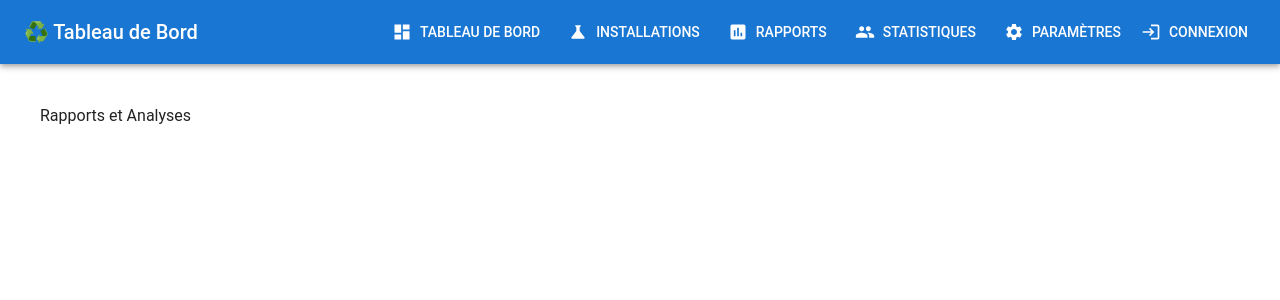
Repository: tofunori/Lithium-Dashboard-Enhanced
Page: /reports (app in frontend/)
The author's editor kept a copy of each file at every save. The page is drawn from the files as they stood at one save, then again after the next save.
The browser window is 1280 px wide. The pictures show the whole page.
The project was rebuilt for these pictures with package versions that can differ from the ones it lists, and the page was loaded fresh each time. Also part of the build but not shown: frontend/src/components/RecyclingRateChart.js, frontend/src/components/ProductionTrendsChart.js, frontend/src/components/PlantsList.js, frontend/src/components/MapView.js, frontend/src/components/Dashboard.js, frontend/src/components/Login.js.

Above is the page before, as saved 2025-03-19 15:34:33.

### frontend/public/index.html
<!DOCTYPE html>
<html lang="en">
  <head>
    <meta charset="utf-8" />
    <link rel="icon" href="%PUBLIC_URL%/favicon.ico" />
    <meta name="viewport" content="width=device-width, initial-scale=1" />
    <meta name="theme-color" content="#000000" />
    <meta
      name="description"
      content="Lithium Dashboard - Recycling Plants Management"
    />
    <link rel="apple-touch-icon" href="%PUBLIC_URL%/logo192.png" />
    <link rel="manifest" href="%PUBLIC_URL%/manifest.json" />
    <title>Lithium Dashboard</title>
  </head>
  <body>
    <noscript>You need to enable JavaScript to run this app.</noscript>
    <div id="root"></div>
  </body>
</html>

### frontend/src/App.js
import React, { useState, useEffect, createContext, useContext } from 'react';
import { BrowserRouter as Router, Routes, Route } from 'react-router-dom';
import { ThemeProvider, createTheme } from '@mui/material/styles';
import CssBaseline from '@mui/material/CssBaseline';
import { Box, Paper, Typography, Grid, FormControl, InputLabel, Select, MenuItem, Switch, FormControlLabel, Button, Divider, Snackbar, Alert } from '@mui/material';
import useTranslation from './hooks/useTranslation';

// Composants
import Dashboard from './components/Dashboard';
import NavBar from './components/NavBar';
import Login from './components/Login';

// Contexte pour les paramètres globaux
export const SettingsContext = createContext();

// Hook pour utiliser les paramètres dans tous les composants
export const useSettings = () => useContext(SettingsContext);

// Fonction pour charger les paramètres sauvegardés
const loadSavedSettings = () => {
  try {
    const savedSettings = localStorage.getItem('app_settings');
    return savedSettings ? JSON.parse(savedSettings) : null;
  } catch (error) {
    console.error('Erreur lors du chargement des paramètres:', error);
    return null;
  }
};

// Pages supplémentaires
const Research = () => <Box p={3}>Page de Recherche Collaborative</Box>;
const Reports = () => <Box p={3}>Rapports et Analyses</Box>;
const Collaborators = () => <Box p={3}>Collaborateurs Universitaires</Box>;

// Page de paramètres complète avec état
const Settings = () => {
  // Récupérer les paramètres du contexte
  const { settings, updateSettings } = useSettings();
  const { t } = useTranslation();

  // Vérifier si settings existe, sinon utiliser des valeurs par défaut
  const defaultSettings = {
    theme: 'light',
    language: 'fr',
    animations: true,
    notifications: true,
    highPerformance: false,
    mapStyle: 'standard',
    defaultZoom: '5',
    showLegend: true,
    markerClustering: true,
    zoomControls: true
  };

  // Utiliser settings s'il existe, sinon utiliser defaultSettings
  const currentSettings = settings || defaultSettings;

  // États locaux pour les formulaires
  const [localSettings, setLocalSettings] = useState(currentSettings);
  const [snackbarOpen, setSnackbarOpen] = useState(false);
  const [resetConfirmOpen, setResetConfirmOpen] = useState(false);

  // Mettre à jour localSettings quand settings change
  useEffect(() => {
    if (settings) {
      setLocalSettings(settings);
    }
  }, [settings]);

  const paperStyle = {
    borderRadius: '10px',
    boxShadow: '0 4px 12px rgba(0, 0, 0, 0.05)',
    overflow: 'hidden',
    padding: 3,
    marginBottom: 3
  };

  const headerStyle = {
    borderBottom: '1px solid rgba(0, 0, 0, 0.1)',
    paddingBottom: 2,
    marginBottom: 3
  };

  // Gestionnaire pour les changements de sélection
  const handleSelectChange = (event) => {
    const { name, value } = event.target;
    setLocalSettings(prev => ({
      ...prev,
      [name]: value
    }));
  };

  // Gestionnaire pour les changements de switch
  const handleSwitchChange = (event) => {
    const { name, checked } = event.target;
    setLocalSettings(prev => ({
      ...prev,
      [name]: checked
    }));
  };

  // Enregistrer les modifications
  const handleSaveChanges = () => {
    updateSettings(localSettings);
    setSnackbarOpen(true);
  };

  // Réinitialiser les paramètres
  const handleResetSettings = () => {
    const defaultSettings = {
      theme: 'light',
      language: 'fr',
      animations: true,
      notifications: true,
      highPerformance: false,
      mapStyle: 'standard',
      defaultZoom: '5',
      showLegend: true,
      markerClustering: true,
      zoomControls: true
    };
    setLocalSettings(defaultSettings);
    updateSettings(defaultSettings);
    setSnackbarOpen(true);
  };

  // Fermer le snackbar
  const handleCloseSnackbar = (event, reason) => {
    if (reason === 'clickaway') return;
    setSnackbarOpen(false);
  };

  return (
    <Box sx={{ maxWidth: 1200, mx: 'auto' }}>
      <Typography variant="h4" component="h1" gutterBottom fontWeight="500" color="primary.dark">
        {t('settings_title')}
      </Typography>
      <Typography variant="subtitle1" color="text.secondary" sx={{ mb: 4 }}>
        {t('settings_subtitle')}
      </Typography>

      <Paper sx={paperStyle}>
        <Typography variant="h6" sx={headerStyle}>{t('display_settings')}</Typography>

        <Grid container spacing={4}>
          <Grid item xs={12} md={6}>
            <FormControl fullWidth sx={{ mb: 3 }}>
              <InputLabel id="theme-select-label">{t('theme')}</InputLabel>
              <Select
                labelId="theme-select-label"
                id="theme-select"
                name="theme"
                value={localSettings.theme}
                onChange={handleSelectChange}
                label={t('theme')}
              >
                <MenuItem value="light">{t('light')}</MenuItem>
                <MenuItem value="dark">{t('dark')}</MenuItem>
                <MenuItem value="system">{t('system')}</MenuItem>
              </Select>
            </FormControl>

            <FormControl fullWidth sx={{ mb: 3 }}>
              <InputLabel id="lang-select-label">{t('language')}</InputLabel>
              <Select
                labelId="lang-select-label"
                id="lang-select"
                name="language"
                value={localSettings.language}
                onChange={handleSelectChange}
                label={t('language')}
              >
                <MenuItem value="fr">Français</MenuItem>
                <MenuItem value="en">English</MenuItem>
              </Select>
            </FormControl>
          </Grid>

          <Grid item xs={12} md={6}>
            <FormControlLabel
              control={
                <Switch
                  checked={localSettings.animations}
                  onChange={handleSwitchChange}
                  name="animations"
                />
              }
              label={t('animations')}
              sx={{ mb: 2, display: 'block' }}
            />

            <FormControlLabel
              control={
                <Switch
                  checked={localSettings.notifications}
                  onChange={handleSwitchChange}
                  name="notifications"
                />
              }
              label={t('notifications')}
              sx={{ mb: 2, display: 'block' }}
            />

            <FormControlLabel
              control={
                <Switch
                  checked={localSettings.highPerformance}
                  onChange={handleSwitchChange}
                  name="highPerformance"
                />
              }
              label={t('high_performance')}
              sx={{ mb: 2, display: 'block' }}
            />
          </Grid>
        </Grid>
      </Paper>

      <Paper sx={paperStyle}>
        <Typography variant="h6" sx={headerStyle}>{t('map_settings')}</Typography>

        <Grid container spacing={4}>
          <Grid item xs={12} md={6}>
            <FormControl fullWidth sx={{ mb: 3 }}>
              <InputLabel id="map-style-label">{t('map_style')}</InputLabel>
              <Select
                labelId="map-style-label"
                id="map-style"
                name="mapStyle"
                value={localSettings.mapStyle}
                onChange={handleSelectChange}
                label={t('map_style')}
              >
                <MenuItem value="standard">{t('standard')}</MenuItem>
                <MenuItem value="satellite">{t('satellite')}</MenuItem>
                <MenuItem value="terrain">{t('terrain')}</MenuItem>
              </Select>
            </FormControl>

            <FormControl fullWidth sx={{ mb: 3 }}>
              <InputLabel id="default-zoom-label">{t('default_zoom')}</InputLabel>
              <Select
                labelId="default-zoom-label"
                id="default-zoom"
                name="defaultZoom"
                value={localSettings.defaultZoom}
                onChange={handleSelectChange}
                label={t('default_zoom')}
              >
                <MenuItem value="3">{t('continent')}</MenuItem>
                <MenuItem value="5">{t('country')}</MenuItem>
                <MenuItem value="7">{t('region')}</MenuItem>
                <MenuItem value="10">{t('city')}</MenuItem>
              </Select>
            </FormControl>
          </Grid>

          <Grid item xs={12} md={6}>
            <FormControlLabel
              control={
                <Switch
                  checked={localSettings.showLegend}
                  onChange={handleSwitchChange}
                  name="showLegend"
                />
              }
              label={t('show_legend')}
              sx={{ mb: 2, display: 'block' }}
            />

            <FormControlLabel
              control={
                <Switch
                  checked={localSettings.markerClustering}
                  onChange={handleSwitchChange}
                  name="markerClustering"
                />
              }
              label={t('marker_clustering')}
              sx={{ mb: 2, display: 'block' }}
            />

            <FormControlLabel
              control={
                <Switch
                  checked={localSettings.zoomControls}
                  onChange={handleSwitchChange}
                  name="zoomControls"
                />
              }
              label={t('zoom_controls')}
              sx={{ mb: 2, display: 'block' }}
            />
          </Grid>
        </Grid>
      </Paper>

      <Box sx={{ display: 'flex', justifyContent: 'flex-end', mt: 3 }}>
        <Button
          variant="outlined"
          sx={{ mr: 2 }}
          onClick={handleResetSettings}
        >
          {t('reset')}
        </Button>
        <Button
          variant="contained"
          color="primary"
          onClick={handleSaveChanges}
        >
          {t('save_changes')}
        </Button>
      </Box>

      {/* Notification de sauvegarde */}
      <Snackbar
        open={snackbarOpen}
        autoHideDuration={3000}
        onClose={handleCloseSnackbar}
        anchorOrigin={{ vertical: 'bottom', horizontal: 'right' }}
      >
        <Alert onClose={handleCloseSnackbar} severity="success" sx={{ width: '100%' }}>
          {t('settings_saved')}
        </Alert>
      </Snackbar>
    </Box>
  );
};

// Routes de l'application
function AppRoutes() {
  return (
    <Routes>
      <Route path="/" element={<Dashboard />} />
      <Route path="/research" element={<Research />} />
      <Route path="/reports" element={<Reports />} />
      <Route path="/collaborators" element={<Collaborators />} />
      <Route path="/settings" element={<Settings />} />
      <Route path="/login" element={<Login />} />
    </Routes>
  );
}

// Fonction principale de l'app
function App() {
  // Charger les paramètres depuis localStorage ou utiliser les valeurs par défaut
  const [settings, setSettings] = useState(() => {
    const savedSettings = loadSavedSettings();
    return savedSettings || {
      theme: 'light',
      language: 'fr',
      animations: true,
      notifications: true,
      highPerformance: false,
      mapStyle: 'standard',
      defaultZoom: '5',
      showLegend: true,
      markerClustering: true,
      zoomControls: true
    };
  });

  // Mettre à jour les paramètres et les sauvegarder
  const updateSettings = (newSettings) => {
    // Assurez-vous de ne pas écraser d'autres paramètres
    const updatedSettings = { ...settings, ...newSettings };
    setSettings(updatedSettings);

    // Sauvegarder dans localStorage
    try {
      localStorage.setItem('app_settings', JSON.stringify(updatedSettings));
    } catch (error) {
      console.error('Erreur lors de la sauvegarde des paramètres:', error);
    }
  };

  // Créer le thème en fonction des paramètres
  const theme = createTheme({
    palette: {
      mode: settings.theme === 'system'
        ? window.matchMedia('(prefers-color-scheme: dark)').matches ? 'dark' : 'light'
        : settings.theme,
      primary: {
        main: '#1976d2',
      },
      secondary: {
        main: '#388e3c',
      },
    },
    typography: {
      fontFamily: [
        'Roboto',
        'Arial',
        'sans-serif',
      ].join(','),
    },
    components: {
      MuiCssBaseline: {
        styleOverrides: {
          body: settings.animations
            ? {}
            : {
                '& *': {
                  transition: 'none !important',
                  animation: 'none !important'
                }
              }
        }
      }
    }
  });

  return (
    <SettingsContext.Provider
      value={{
        settings,
        updateSettings
      }}
    >
      <ThemeProvider theme={theme}>
        <CssBaseline />
        <Router>
          <NavBar />
          <Box sx={{ p: 2 }}>
            <Routes>
              <Route path="/" element={<Dashboard />} />
              <Route path="/research" element={<Research />} />
              <Route path="/reports" element={<Reports />} />
              <Route path="/collaborators" element={<Collaborators />} />
              <Route path="/settings" element={<Settings />} />
              <Route path="/login" element={<Login />} />
            </Routes>
          </Box>
        </Router>
      </ThemeProvider>
    </SettingsContext.Provider>
  );
}

export default App;

### frontend/src/hooks/useTranslation.js
import { useContext } from 'react';
import { SettingsContext } from '../App';
import translations from '../translations';

/**
 * Hook personnalisé pour la traduction
 * @returns {function} - Fonction de traduction qui retourne le texte traduit selon la langue actuelle
 */
const useTranslation = () => {
  const { settings } = useContext(SettingsContext) || { settings: { language: 'fr' } };

  // Récupérer la langue actuelle, par défaut français
  const currentLanguage = settings?.language || 'fr';

  // Créer la fonction de traduction
  const t = (key) => {
    // Si la clé n'existe pas, retourner la clé elle-même
    if (!translations[currentLanguage] || !translations[currentLanguage][key]) {
      console.warn(`Traduction manquante: ${key} pour la langue ${currentLanguage}`);

      // Essayer de trouver la clé dans la langue par défaut (fr)
      if (translations.fr && translations.fr[key]) {
        return translations.fr[key];
      }

      return key;
    }

    return translations[currentLanguage][key];
  };

  return { t, currentLanguage };
};

export default useTranslation;

### frontend/src/components/NavBar.js
import React from 'react';
import {
  AppBar,
  Toolbar,
  Typography,
  Button,
  IconButton,
  Box,
  Drawer,
  List,
  ListItem,
  ListItemIcon,
  ListItemText,
  useMediaQuery,
  useTheme
} from '@mui/material';
import {
  Menu as MenuIcon,
  Dashboard as DashboardIcon,
  Science as ScienceIcon,
  Assessment as AssessmentIcon,
  Group as GroupIcon,
  Settings as SettingsIcon,
  Login as LoginIcon
} from '@mui/icons-material';
import { Link as RouterLink } from 'react-router-dom';
import { useState } from 'react';
import useTranslation from '../hooks/useTranslation';

const NavBar = () => {
  const [drawerOpen, setDrawerOpen] = useState(false);
  const theme = useTheme();
  const isMobile = useMediaQuery(theme.breakpoints.down('md'));
  const { t } = useTranslation();

  const toggleDrawer = (open) => (event) => {
    if (event.type === 'keydown' && (event.key === 'Tab' || event.key === 'Shift')) {
      return;
    }
    setDrawerOpen(open);
  };

  const menuItems = [
    { text: t('dashboard'), icon: <DashboardIcon />, path: '/' },
    { text: t('plants'), icon: <ScienceIcon />, path: '/research' },
    { text: t('reports'), icon: <AssessmentIcon />, path: '/reports' },
    { text: t('stats'), icon: <GroupIcon />, path: '/collaborators' },
    { text: t('settings'), icon: <SettingsIcon />, path: '/settings' },
  ];

  const drawer = (
    <Box
      sx={{ width: 250 }}
      role="presentation"
      onClick={toggleDrawer(false)}
      onKeyDown={toggleDrawer(false)}
    >
      <Box sx={{ p: 2, borderBottom: '1px solid rgba(0, 0, 0, 0.12)' }}>
        <Typography variant="h6" component="div">
          Lithium Recycling
        </Typography>
        <Typography variant="subtitle2" color="text.secondary">
          {t('subtitle')}
        </Typography>
      </Box>
      <List>
        {menuItems.map((item) => (
          <ListItem
            button
            key={item.text}
            component={RouterLink}
            to={item.path}
            sx={{
              '&.active': {
                bgcolor: 'rgba(0, 0, 0, 0.08)',
              }
            }}
          >
            <ListItemIcon>
              {item.icon}
            </ListItemIcon>
            <ListItemText primary={item.text} />
          </ListItem>
        ))}
        <ListItem
          button
          component={RouterLink}
          to="/login"
          sx={{
            '&.active': {
              bgcolor: 'rgba(0, 0, 0, 0.08)',
            }
          }}
        >
          <ListItemIcon>
            <LoginIcon />
          </ListItemIcon>
          <ListItemText primary={t('login')} />
        </ListItem>
      </List>
    </Box>
  );

  return (
    <>
      <AppBar position="static">
        <Toolbar>
          {isMobile && (
            <IconButton
              edge="start"
              color="inherit"
              aria-label="menu"
              onClick={toggleDrawer(true)}
              sx={{ mr: 2 }}
            >
              <MenuIcon />
            </IconButton>
          )}

          <Typography variant="h6" component="div" sx={{ flexGrow: 1 }}>
            ♻️ {t('dashboard')}
          </Typography>

          {!isMobile && (
            <Box>
              {menuItems.map((item) => (
                <Button
                  key={item.text}
                  color="inherit"
                  component={RouterLink}
                  to={item.path}
                  startIcon={item.icon}
                  sx={{ mx: 1 }}
                >
                  {item.text}
                </Button>
              ))}
            </Box>
          )}

          <Button
            color="inherit"
            component={RouterLink}
            to="/login"
            startIcon={<LoginIcon />}
          >
            {t('login')}
          </Button>
        </Toolbar>
      </AppBar>

      <Drawer
        anchor="left"
        open={drawerOpen}
        onClose={toggleDrawer(false)}
      >
        {drawer}
      </Drawer>
    </>
  );
};

export default NavBar;

### frontend/src/translations.js
// Définition des traductions pour l'application
const translations = {
  fr: {
    // Navigation
    dashboard: 'Tableau de Bord',
    plants: 'Installations',
    stats: 'Statistiques',
    reports: 'Rapports',
    settings: 'Paramètres',
    login: 'Connexion',

    // Dashboard
    dashboard_title: 'Tableau de Bord de Recyclage de Lithium',
    subtitle: 'Plateforme de Collaboration Interuniversitaire',
    map_title: 'Carte des Installations',
    plants_list: 'Installations de Recyclage',
    recycling_rate: 'Taux de Recyclage par Installation',
    production_trends: 'Tendances de Production',

    // Paramètres
    settings_title: 'Paramètres de la Plateforme',
    settings_subtitle: 'Personnalisez l\'affichage et les fonctionnalités de votre tableau de bord',
    display_settings: 'Paramètres d\'affichage',
    map_settings: 'Paramètres de la carte',
    theme: 'Thème',
    light: 'Clair',
    dark: 'Sombre',
    system: 'Système',
    language: 'Langue',
    animations: 'Animations',
    notifications: 'Notifications',
    high_performance: 'Mode haute performance',
    map_style: 'Style de carte',
    standard: 'Standard',
    satellite: 'Satellite',
    terrain: 'Terrain',
    default_zoom: 'Zoom par défaut',
    continent: 'Continent',
    country: 'Pays',
    region: 'Région',
    city: 'Ville',
    show_legend: 'Afficher la légende',
    marker_clustering: 'Clustering des marqueurs',
    zoom_controls: 'Contrôles de zoom',
    reset: 'Réinitialiser',
    save_changes: 'Enregistrer les modifications',
    settings_saved: 'Les paramètres ont été sauvegardés avec succès!',

    // Installations
    facility: 'Installation',
    status: 'Statut',
    capacity: 'Capacité',
    operational: 'Opérationnel',
    maintenance: 'En maintenance',
    offline: 'Hors ligne',
    planning: 'En planification',
    construction: 'En construction',
    location_unknown: 'Emplacement inconnu',
    no_plants_found: 'Aucune installation trouvée',

    // Carte
    legend: 'Légende',
    height_label: 'Hauteur de la carte',
    fullscreen: 'Plein écran',
    exit_fullscreen: 'Quitter le plein écran',
    website: 'Site web',
    visit: 'Visiter',
    not_available: 'Non disponible',

    // Chargement
    loading: 'Chargement...',

    // Login
    login_subtitle: 'Connectez-vous pour accéder au backend',
    username: 'Nom d\'utilisateur',
    password: 'Mot de passe',
    remember_me: 'Se souvenir de moi',
    login_failed: 'Identifiants incorrects. Veuillez réessayer.',
    login_error: 'Une erreur est survenue lors de la connexion.',
    login_help_text: 'Pour accéder au backend, utilisez les identifiants fournis par votre administrateur.',
    demo_credentials: 'Identifiants de démo',
  },
  en: {
    // Navigation
    dashboard: 'Dashboard',
    plants: 'Facilities',
    stats: 'Statistics',
    reports: 'Reports',
    settings: 'Settings',
    login: 'Login',

    // Dashboard
    dashboard_title: 'Lithium Recycling Dashboard',
    subtitle: 'Inter-University Collaboration Platform',
    map_title: 'Facilities Map',
    plants_list: 'Recycling Facilities',
    recycling_rate: 'Recycling Rate by Facility',
    production_trends: 'Production Trends',

    // Settings
    settings_title: 'Platform Settings',
    settings_subtitle: 'Customize the display and features of your dashboard',
    display_settings: 'Display Settings',
    map_settings: 'Map Settings',
    theme: 'Theme',
    light: 'Light',
    dark: 'Dark',
    system: 'System',
    language: 'Language',
    animations: 'Animations',
    notifications: 'Notifications',
    high_performance: 'High Performance Mode',
    map_style: 'Map Style',
    standard: 'Standard',
    satellite: 'Satellite',
    terrain: 'Terrain',
    default_zoom: 'Default Zoom',
    continent: 'Continent',
    country: 'Country',
    region: 'Region',
    city: 'City',
    show_legend: 'Show Legend',
    marker_clustering: 'Marker Clustering',
    zoom_controls: 'Zoom Controls',
    reset: 'Reset',
    save_changes: 'Save Changes',
    settings_saved: 'Settings have been saved successfully!',

    // Facilities
    facility: 'Facility',
    status: 'Status',
    capacity: 'Capacity',
    operational: 'Operational',
    maintenance: 'In Maintenance',
    offline: 'Offline',
    planning: 'Planning',
    construction: 'Under Construction',
    location_unknown: 'Unknown location',
    no_plants_found: 'No facilities found',

    // Map
    legend: 'Legend',
    height_label: 'Map Height',
    fullscreen: 'Fullscreen',
    exit_fullscreen: 'Exit Fullscreen',
    website: 'Website',
    visit: 'Visit',
    not_available: 'Not available',

    // Loading
    loading: 'Loading...',

    // Login
    login_subtitle: 'Sign in to access the backend',
    username: 'Username',
    password: 'Password',
    remember_me: 'Remember me',
    login_failed: 'Invalid credentials. Please try again.',
    login_error: 'An error occurred during login.',
    login_help_text: 'To access the backend, use the credentials provided by your administrator.',
    demo_credentials: 'Demo credentials',
  }
};

export default translations;

Loaded but not shown: frontend/src/index.js (common file); frontend/src/index.css (common file)

After the next save:
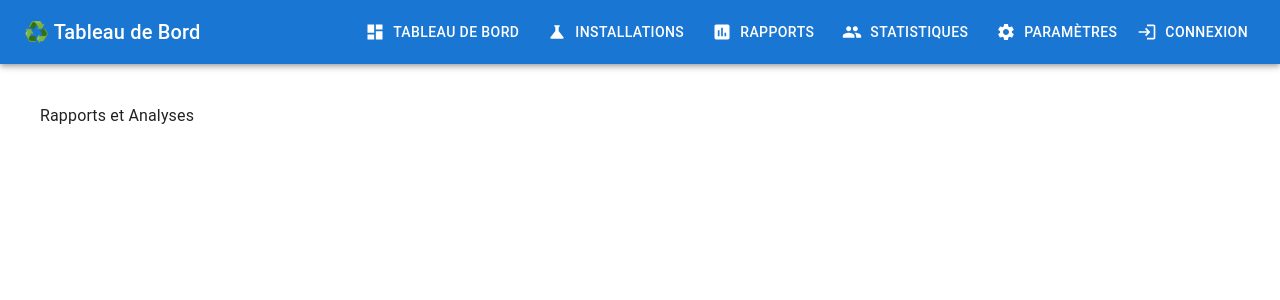
Saved 15 s later.
--- a/frontend/src/App.js
+++ b/frontend/src/App.js
@@ -341,7 +341,7 @@ function AppRoutes() {
   );
 }
 
-// Fonction principale de l'app
+// Fonction App principale
 function App() {
   // Charger les paramètres depuis localStorage ou utiliser les valeurs par défaut
   const [settings, setSettings] = useState(() => {
@@ -378,36 +378,15 @@ function App() {
   const theme = createTheme({
     palette: {
       mode: settings.theme === 'system'
-        ? window.matchMedia('(prefers-color-scheme: dark)').matches ? 'dark' : 'light'
+        ? (window.matchMedia && window.matchMedia('(prefers-color-scheme: dark)').matches ? 'dark' : 'light')
         : settings.theme,
       primary: {
         main: '#1976d2',
       },
       secondary: {
-        main: '#388e3c',
+        main: '#dc004e',
       },
     },
-    typography: {
-      fontFamily: [
-        'Roboto',
-        'Arial',
-        'sans-serif',
-      ].join(','),
-    },
-    components: {
-      MuiCssBaseline: {
-        styleOverrides: {
-          body: settings.animations
-            ? {}
-            : {
-                '& *': {
-                  transition: 'none !important',
-                  animation: 'none !important'
-                }
-              }
-        }
-      }
-    }
   });
 
   return (
@@ -420,16 +399,11 @@ function App() {
       <ThemeProvider theme={theme}>
         <CssBaseline />
         <Router>
-          <NavBar />
-          <Box sx={{ p: 2 }}>
-            <Routes>
-              <Route path="/" element={<Dashboard />} />
-              <Route path="/research" element={<Research />} />
-              <Route path="/reports" element={<Reports />} />
-              <Route path="/collaborators" element={<Collaborators />} />
-              <Route path="/settings" element={<Settings />} />
-              <Route path="/login" element={<Login />} />
-            </Routes>
+          <Box sx={{ display: 'flex', flexDirection: 'column', minHeight: '100vh' }}>
+            <NavBar />
+            <Box component="main" sx={{ flexGrow: 1, p: { xs: 1, sm: 2 } }}>
+              <AppRoutes />
+            </Box>
           </Box>
         </Router>
       </ThemeProvider>
